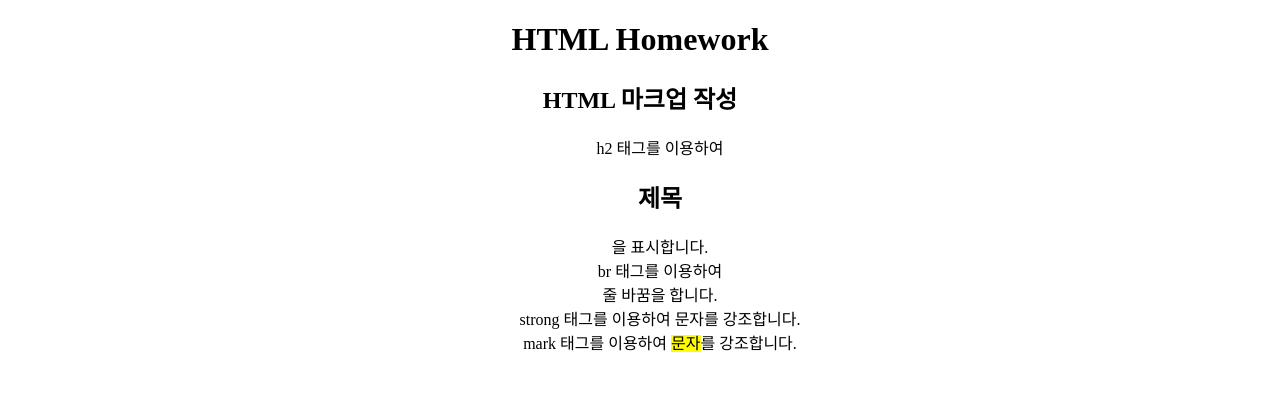
Repository: Cheol-Cheol/KOSA
Page: Kcc_web/Html/WebContent/mission/homework.html
These files come from the project's save history. The page is drawn as it stood at one moment and after a run of saves; the edit follows.
The browser window is 1280 px wide. The pictures show the whole page.

Above is the page before, as saved 2024-07-08 10:44:44.

After the next 2 saves:
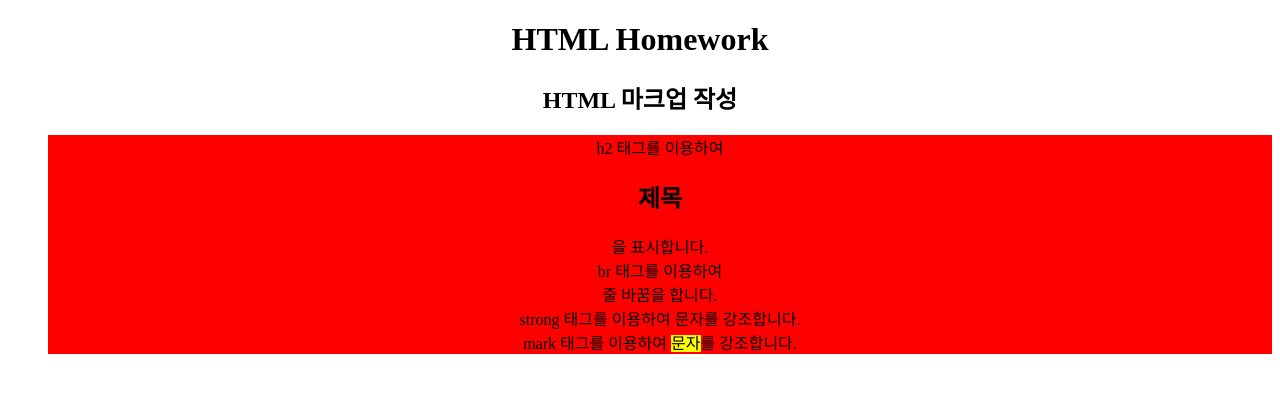
The 2 saves are shown as one change because they came seconds apart.
The last was saved 26 s later.
--- a/Kcc_web/Html/WebContent/mission/homework.html
+++ b/Kcc_web/Html/WebContent/mission/homework.html
@@ -7,6 +7,10 @@
 <style>
 ul {
 	list-style-type: none;
+}
+
+li {
+	background-color: red;
 }
 </style>
 </head>
